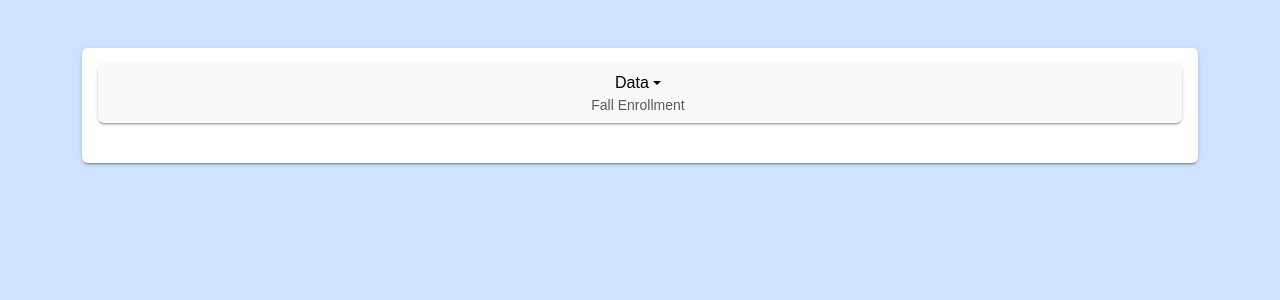
Repository: chancellor-w-whitaker/trying-context
Page: /
These files come from the project's save history. The page is drawn as it stood at one moment and after the next save; the edit follows.
The browser window is 1280 px wide. The pictures show the whole page.
The page's requests for data from a server got no answer. Some web fonts or font styles are not loaded; a fallback is used. The project was rebuilt for these pictures with package versions that can differ from the ones it lists, and the page was loaded fresh each time. No one was signed in, and anything a server would have sent is missing. Also part of the build but not shown: vite.config.js.

Above is the page before, as saved 2024-01-14 16:24:15.

### src/main.jsx
// Bootstrap Bundle JS
import "bootstrap/dist/js/bootstrap.bundle.min";
// Bootstrap CSS
import "bootstrap/dist/css/bootstrap.min.css";
import ReactDOM from "react-dom/client";
import React from "react";

import { AppContextProvider } from "./AppContextProvider.jsx";
import { Container } from "./components/Container.jsx";
import App from "./App.jsx";
import "./index.css";

ReactDOM.createRoot(document.getElementById("root")).render(
  <React.StrictMode>
    <Container>
      <AppContextProvider>
        <App />
      </AppContextProvider>
    </Container>
  </React.StrictMode>
);

### src/AppContextProvider.jsx
import { startTransition, useCallback, useState, useMemo } from "react";

import { comparePreviousColumnFilters } from "./functions/comparePreviousColumnFilters";
import { returnColsWithValuesAndType } from "./functions/returnColsWithValuesAndType";
import { buildRelevantColumnFilters } from "./functions/buildRelevantColumnFilters";
import { useBodyBgVariant } from "./hooks/useBodyBgVariant";
import { AppContext } from "./contexts/AppContext";
import { fileNames } from "./constants/fileNames";
import { useJSON } from "./hooks/useJSON";

export const AppContextProvider = ({ children }) => {
  const value = useProvideGlobally();

  return <AppContext.Provider value={value}>{children}</AppContext.Provider>;
};

const useProvideGlobally = () => {
  useBodyBgVariant("primary-subtle");

  const [fileName, setFileName] = useState(fileNames[0].id);
  const [columnFilters, setColumnFilters] = useState({});

  const onFileChange = useCallback(
    ({ target: { value } }) => startTransition(() => setFileName(value)),
    [setFileName]
  );

  const onColumnFilterChange = useCallback(
    ({ target: { name: field, value } }) =>
      startTransition(() =>
        setColumnFilters((previousState) => {
          // destructure top object (looks like { field1: {}, field2: {}, ... })
          const nextState = { ...previousState };
          // destructure field object (looks like { checklist: {}, relevant })
          nextState[field] = { ...nextState[field] };
          // destructure checklist (looks like { value1: {}, value2: {}, ... })
          nextState[field].checklist = { ...nextState[field].checklist };

          const { relevant, checked } = nextState[field].checklist[value];
          // create new object for value and flip checked state
          nextState[field].checklist[value] = { checked: !checked, relevant };

          return nextState;
        })
      ),
    []
  );

  const onBeforeEnd = useCallback((json, setResult) => {
    const columns = returnColsWithValuesAndType(json);

    setColumnFilters((previousColumnFilters) => {
      const relevantColumnFilters = buildRelevantColumnFilters(columns);

      comparePreviousColumnFilters(
        previousColumnFilters,
        relevantColumnFilters
      );

      return relevantColumnFilters;
    });

    // object that maps key (field) to checklist
    // checklist: { type, list }
    // field (string)
    // type (string) ("checkbox" or "radio")
    // list: [{}, {}, {}] (or what about an object that maps value to item state? that might solve indexing issues deriving from managing arrays in state)
    // list element: { value, checked, disabled (or relevant, or just something to describe relevance to dataset) }

    // in the future, may need something to describe relevance to filtered dataset
    // remember, this operation doesn't have to be run until you close (or maybe even open) a checklist
    // and what about sorting a list by relevance when opening a checklist? should this be a stateful or visual operation?
    // making it stateful would probably make updating the state of the item easier because the item's index in the list wouldn't change

    setResult(json);
  }, []);

  const data = useJSON(`data/${fileName}.json`, onBeforeEnd);

  const dropdownMenuStyle = useMemo(() => ({ maxHeight: 300 }), []);

  return {
    onColumnFilterChange,
    dropdownMenuStyle,
    columnFilters,
    onFileChange,
    fileName,
    data,
  };
};

### src/components/Container.jsx
export const Container = ({ children }) => {
  return (
    <>
      <main className="container">
        <div className="my-3 p-3 bg-body rounded shadow-sm">{children}</div>
      </main>
    </>
  );
};

### src/App.jsx
import {
  DropdownButton,
  ListGroupItem,
  DropdownMenu,
  ListGroup,
  Dropdown,
} from "./components/ListComps";
import { useAppContext } from "./hooks/useAppContext";
import { toTitleCase } from "./functions/toTitleCase";
import { fileNames } from "./constants/fileNames";
import "./App.css";

const App = () => {
  const {
    onColumnFilterChange,
    dropdownMenuStyle,
    columnFilters,
    onFileChange,
    fileName,
  } = useAppContext();

  return (
    <>
      <div className="d-flex flex-column gap-4">
        <div className="d-flex flex-wrap gap-3">
          <Dropdown className="col">
            <DropdownButton
              className="w-100 shadow-sm hide-dropdown-toggle d-flex align-items-center justify-content-center"
              data-bs-auto-close="outside"
              variant="light"
            >
              <span>
                <span className="dropdown-toggle d-flex align-items-center justify-content-center">
                  Data
                </span>
                <small className="d-block text-body-secondary">
                  {fileNames.find(({ id }) => id === fileName).displayName}
                </small>
              </span>
            </DropdownButton>
            <DropdownMenu
              className="shadow-sm overflow-y-scroll"
              style={dropdownMenuStyle}
            >
              <ListGroup className="list-group-flush">
                {fileNames.map(({ displayName, id }) => (
                  <ListGroupItem
                    checked={id === fileName}
                    onChange={onFileChange}
                    className="border-0"
                    type="radio"
                    name="file"
                    value={id}
                    key={id}
                  >
                    {displayName}
                  </ListGroupItem>
                ))}
              </ListGroup>
            </DropdownMenu>
          </Dropdown>
        </div>
        <div className="d-flex flex-wrap gap-3">
          {Object.entries(columnFilters).map(
            ([field, { relevant: fieldRelevance, checklist }]) =>
              fieldRelevance && (
                <Dropdown className="col" key={field}>
                  <DropdownButton
                    className="w-100 shadow-sm d-flex align-items-center justify-content-center"
                    data-bs-auto-close="outside"
                    variant="light"
                  >
                    {toTitleCase(field)}
                  </DropdownButton>
                  <DropdownMenu
                    className="shadow-sm overflow-y-scroll"
                    style={dropdownMenuStyle}
                  >
                    <ListGroup className="list-group-flush">
                      {Object.entries(checklist).map(
                        ([value, { relevant: valueRelevance, checked }]) => (
                          <ListGroupItem
                            className={`border-0${
                              !valueRelevance ? " opacity-50" : ""
                            }`}
                            onChange={onColumnFilterChange}
                            checked={checked}
                            type="checkbox"
                            value={value}
                            name={field}
                            key={value}
                          >
                            {value}
                          </ListGroupItem>
                        )
                      )}
                    </ListGroup>
                  </DropdownMenu>
                </Dropdown>
              )
          )}
        </div>
      </div>
    </>
  );
};

export default App;

### src/index.css
@font-face {
  font-family: poppins;
  font-style: normal;
  font-weight: 400;
  src: local("Poppins"),
    url(https://fonts.cdnfonts.com/s/16009/Poppins-Regular.woff) format("woff");
}
@font-face {
  font-family: poppins;
  font-style: normal;
  font-weight: 400;
  src: local("Poppins"),
    url(https://fonts.cdnfonts.com/s/16009/Poppins-Regular.woff) format("woff");
}
@font-face {
  font-family: poppins;
  font-style: italic;
  font-weight: 400;
  src: local("Poppins"),
    url(https://fonts.cdnfonts.com/s/16009/Poppins-Italic.woff) format("woff");
}
@font-face {
  font-family: poppins;
  font-style: italic;
  font-weight: 400;
  src: local("Poppins"),
    url(https://fonts.cdnfonts.com/s/16009/Poppins-Italic.woff) format("woff");
}
@font-face {
  font-family: poppins;
  font-style: normal;
  font-weight: 250;
  src: local("Poppins"),
    url(https://fonts.cdnfonts.com/s/16009/Poppins-Thin.woff) format("woff");
}
@font-face {
  font-family: poppins;
  font-style: normal;
  font-weight: 250;
  src: local("Poppins"),
    url(https://fonts.cdnfonts.com/s/16009/Poppins-Thin.woff) format("woff");
}
@font-face {
  font-family: poppins;
  font-style: italic;
  font-weight: 250;
  src: local("Poppins"),
    url(https://fonts.cdnfonts.com/s/16009/Poppins-ThinItalic.woff)
      format("woff");
}
@font-face {
  font-family: poppins;
  font-style: italic;
  font-weight: 250;
  src: local("Poppins"),
    url(https://fonts.cdnfonts.com/s/16009/Poppins-ThinItalic.woff)
      format("woff");
}
@font-face {
  font-family: poppins;
  font-style: normal;
  font-weight: 275;
  src: local("Poppins"),
    url(https://fonts.cdnfonts.com/s/16009/Poppins-ExtraLight.woff)
      format("woff");
}
@font-face {
  font-family: poppins;
  font-style: normal;
  font-weight: 275;
  src: local("Poppins"),
    url(https://fonts.cdnfonts.com/s/16009/Poppins-ExtraLight.woff)
      format("woff");
}
@font-face {
  font-family: poppins;
  font-style: italic;
  font-weight: 275;
  src: local("Poppins"),
    url(https://fonts.cdnfonts.com/s/16009/Poppins-ExtraLightItalic.woff)
      format("woff");
}
@font-face {
  font-family: poppins;
  font-style: italic;
  font-weight: 275;
  src: local("Poppins"),
    url(https://fonts.cdnfonts.com/s/16009/Poppins-ExtraLightItalic.woff)
      format("woff");
}
@font-face {
  font-family: poppins;
  font-style: normal;
  font-weight: 300;
  src: local("Poppins"),
    url(https://fonts.cdnfonts.com/s/16009/Poppins-Light.woff) format("woff");
}
@font-face {
  font-family: poppins;
  font-style: normal;
  font-weight: 300;
  src: local("Poppins"),
    url(https://fonts.cdnfonts.com/s/16009/Poppins-Light.woff) format("woff");
}
@font-face {
  font-family: poppins;
  font-style: italic;
  font-weight: 300;
  src: local("Poppins"),
    url(https://fonts.cdnfonts.com/s/16009/Poppins-LightItalic.woff)
      format("woff");
}
@font-face {
  font-family: poppins;
  font-style: italic;
  font-weight: 300;
  src: local("Poppins"),
    url(https://fonts.cdnfonts.com/s/16009/Poppins-LightItalic.woff)
      format("woff");
}
@font-face {
  font-family: poppins;
  font-style: normal;
  font-weight: 500;
  src: local("Poppins"),
    url(https://fonts.cdnfonts.com/s/16009/Poppins-Medium.woff) format("woff");
}
@font-face {
  font-family: poppins;
  font-style: normal;
  font-weight: 500;
  src: local("Poppins"),
    url(https://fonts.cdnfonts.com/s/16009/Poppins-Medium.woff) format("woff");
}
@font-face {
  font-family: poppins;
  font-style: italic;
  font-weight: 500;
  src: local("Poppins"),
    url(https://fonts.cdnfonts.com/s/16009/Poppins-MediumItalic.woff)
      format("woff");
}
@font-face {
  font-family: poppins;
  font-style: italic;
  font-weight: 500;
  src: local("Poppins"),
    url(https://fonts.cdnfonts.com/s/16009/Poppins-MediumItalic.woff)
      format("woff");
}
@font-face {
  font-family: poppins;
  font-style: normal;
  font-weight: 600;
  src: local("Poppins"),
    url(https://fonts.cdnfonts.com/s/16009/Poppins-SemiBold.woff) format("woff");
}
@font-face {
  font-family: poppins;
  font-style: normal;
  font-weight: 600;
  src: local("Poppins"),
    url(https://fonts.cdnfonts.com/s/16009/Poppins-SemiBold.woff) format("woff");
}
@font-face {
  font-family: poppins;
  font-style: italic;
  font-weight: 600;
  src: local("Poppins"),
    url(https://fonts.cdnfonts.com/s/16009/Poppins-SemiBoldItalic.woff)
      format("woff");
}
@font-face {
  font-family: poppins;
  font-style: italic;
  font-weight: 600;
  src: local("Poppins"),
    url(https://fonts.cdnfonts.com/s/16009/Poppins-SemiBoldItalic.woff)
      format("woff");
}
@font-face {
  font-family: poppins;
  font-style: normal;
  font-weight: 700;
  src: local("Poppins"),
    url(https://fonts.cdnfonts.com/s/16009/Poppins-Bold.woff) format("woff");
}
@font-face {
  font-family: poppins;
  font-style: normal;
  font-weight: 700;
  src: local("Poppins"),
    url(https://fonts.cdnfonts.com/s/16009/Poppins-Bold.woff) format("woff");
}
@font-face {
  font-family: poppins;
  font-style: italic;
  font-weight: 700;
  src: local("Poppins"),
    url(https://fonts.cdnfonts.com/s/16009/Poppins-BoldItalic.woff)
      format("woff");
}
@font-face {
  font-family: poppins;
  font-style: italic;
  font-weight: 700;
  src: local("Poppins"),
    url(https://fonts.cdnfonts.com/s/16009/Poppins-BoldItalic.woff)
      format("woff");
}
@font-face {
  font-family: poppins;
  font-style: normal;
  font-weight: 800;
  src: local("Poppins"),
    url(https://fonts.cdnfonts.com/s/16009/Poppins-ExtraBold.woff)
      format("woff");
}
@font-face {
  font-family: poppins;
  font-style: normal;
  font-weight: 800;
  src: local("Poppins"),
    url(https://fonts.cdnfonts.com/s/16009/Poppins-ExtraBold.woff)
      format("woff");
}
@font-face {
  font-family: poppins;
  font-style: italic;
  font-weight: 800;
  src: local("Poppins"),
    url(https://fonts.cdnfonts.com/s/16009/Poppins-ExtraBoldItalic.woff)
      format("woff");
}
@font-face {
  font-family: poppins;
  font-style: italic;
  font-weight: 800;
  src: local("Poppins"),
    url(https://fonts.cdnfonts.com/s/16009/Poppins-ExtraBoldItalic.woff)
      format("woff");
}
@font-face {
  font-family: poppins;
  font-style: normal;
  font-weight: 900;
  src: local("Poppins"),
    url(https://fonts.cdnfonts.com/s/16009/Poppins-Black.woff) format("woff");
}
@font-face {
  font-family: poppins;
  font-style: normal;
  font-weight: 900;
  src: local("Poppins"),
    url(https://fonts.cdnfonts.com/s/16009/Poppins-Black.woff) format("woff");
}
@font-face {
  font-family: poppins;
  font-style: italic;
  font-weight: 900;
  src: local("Poppins"),
    url(https://fonts.cdnfonts.com/s/16009/Poppins-BlackItalic.woff)
      format("woff");
}
@font-face {
  font-family: poppins;
  font-style: italic;
  font-weight: 900;
  src: local("Poppins"),
    url(https://fonts.cdnfonts.com/s/16009/Poppins-BlackItalic.woff)
      format("woff");
}

:root,
[data-bs-theme="light"] {
  --bs-font-sans-serif: "Poppins", sans-serif;

  --bs-box-shadow: 0px 3px 3px -2px rgba(0, 0, 0, 0.2),
    0px 3px 4px 0px rgba(0, 0, 0, 0.14), 0px 1px 8px 0px rgba(0, 0, 0, 0.12);
  --bs-box-shadow-sm: 0px 3px 1px -2px rgba(0, 0, 0, 0.2),
    0px 2px 2px 0px rgba(0, 0, 0, 0.14), 0px 1px 5px 0px rgba(0, 0, 0, 0.12);
  --bs-box-shadow-lg: 0px 2px 4px -1px rgba(0, 0, 0, 0.2),
    0px 4px 5px 0px rgba(0, 0, 0, 0.14), 0px 1px 10px 0px rgba(0, 0, 0, 0.12);
}

body {
  overflow-y: scroll;
}

.hide-dropdown-toggle::after {
  border: none;
}

### src/functions/comparePreviousColumnFilters.js
export const comparePreviousColumnFilters = (previousState, nextState) => {
  Object.entries(previousState).forEach(([field, { checklist }]) => {
    if (!(field in nextState)) {
      nextState[field] = {
        checklist: Object.fromEntries(
          Object.entries(checklist).map(([value, { checked }]) => [
            value,
            { relevant: false, checked },
          ])
        ),
        relevant: false,
      };
    } else {
      Object.entries(checklist).forEach(([value, { checked }]) => {
        const nextChecklist = nextState[field].checklist;

        if (value in nextChecklist) {
          nextChecklist[value].checked = checked;
        } else {
          nextChecklist[value] = { relevant: false, checked };
        }
      });
    }
  });
};

### src/functions/returnColsWithValuesAndType.js
const loopDataAndDeriveColProperties = (data) => {
  const fieldToColumn = {};

  data.forEach((row) => {
    Object.keys(row).forEach((field) => {
      if (!(field in fieldToColumn)) {
        fieldToColumn[field] = { values: new Set(), types: {} };
      }

      const { values, types } = fieldToColumn[field];

      const value = row[field];
      values.add(value);

      const type = typeof value;
      if (!(type in types)) types[type] = 0;
      types[type] += 1;
    });
  });

  return fieldToColumn;
};

export const returnColsWithValuesAndType = (data) => {
  const fieldToColumn = loopDataAndDeriveColProperties(data);

  return Object.entries(fieldToColumn).map(([field, { values, types }]) => ({
    type: Object.entries(types)
      .sort((arrA, arrB) => arrB[1] - arrA[1])
      .find(([type]) => type === "string" || type === "number")[0],
    values: [...values].sort(),
    field,
  }));
};

### src/functions/buildRelevantColumnFilters.js
export const buildRelevantColumnFilters = (columns) => {
  return Object.fromEntries(
    columns
      .filter(({ type }) => type === "string")
      .map(({ values, field }) => [
        field,
        {
          checklist: Object.fromEntries(
            values.map((value) => [value, { relevant: true, checked: true }])
          ),
          relevant: true,
        },
      ])
  );
};

### src/hooks/useBodyBgVariant.jsx
import { useEffect } from "react";

export const useBodyBgVariant = (variant) => {
  useEffect(() => {
    document.body.classList.add(`bg-${variant}`);

    return () => {
      document.body.classList.remove(`bg-${variant}`);
    };
  }, [variant]);
};

### src/constants/fileNames.js
export const fileNames = [
  { displayName: "Fall Enrollment", id: "fall" },
  { displayName: "Spring Enrollment", id: "spring" },
  { displayName: "Summer Enrollment", id: "summer" },
  { displayName: "Degrees Awarded", id: "degrees" },
  { displayName: "Retention Rates", id: "retention" },
  { displayName: "Graduation Rates", id: "graduation" },
  { displayName: "Credit Hours", id: "hours" },
];

### src/hooks/useJSON.jsx
import { useEffect } from "react";
import { useState } from "react";

export const useJSON = (url, onBeforeEnd) => {
  const [result, setResult] = useState(null);

  useEffect(() => {
    if (url) {
      let ignore = false;

      fetch(url)
        .then((response) => response.json())
        .then((json) => {
          if (!ignore) {
            typeof onBeforeEnd === "function"
              ? onBeforeEnd(json, setResult)
              : setResult(json);
          }
        });

      return () => {
        ignore = true;
      };
    }
  }, [url, onBeforeEnd]);

  return result;
};

### src/components/ListComps.jsx
import { memo } from "react";

export const Dropdown = ({ className = "", ...rest }) => {
  return (
    <>
      <div className={`dropdown ${className}`.trimEnd()} {...rest}></div>
    </>
  );
};

export const DropdownButton = memo(
  ({ variant = "secondary", className = "", ...rest }) => {
    return (
      <>
        <button
          className={`btn btn-${variant} dropdown-toggle ${className}`.trimEnd()}
          {...rest}
          data-bs-toggle="dropdown"
          aria-expanded="false"
          type="button"
        ></button>
      </>
    );
  }
);

DropdownButton.displayName = "DropdownButton";

export const DropdownMenu = ({ className = "", ...rest }) => {
  return (
    <>
      <ul className={`dropdown-menu ${className}`.trimEnd()} {...rest}></ul>
    </>
  );
};

export const ListGroup = ({ className = "", ...rest }) => {
  return (
    <>
      <div className={`list-group ${className}`.trimEnd()} {...rest}></div>
    </>
  );
};

export const ListGroupItem = memo(
  ({
    type = "checkbox",
    className = "",
    onChange,
    children,
    checked,
    value,
    name,
  }) => {
    return (
      <>
        <label
          className={`list-group-item d-flex gap-2 ${className}`.trimEnd()}
        >
          <input
            className="form-check-input flex-shrink-0"
            {...{ onChange, checked, value, type, name }}
          />
          <span>{children}</span>
        </label>
      </>
    );
  }
);

ListGroupItem.displayName = "ListGroupItem";

### src/hooks/useAppContext.jsx
import { useContext } from "react";

import { AppContext } from "../contexts/AppContext";

export const useAppContext = () => useContext(AppContext);

### src/functions/toTitleCase.js
import { Str } from "@supercharge/strings";

export const toTitleCase = (string) => Str(string).pascal().words().join(" ");

Loaded but not shown: index.html (common file); src/contexts/AppContext.jsx (common file); src/App.css (common file)

After the next save:
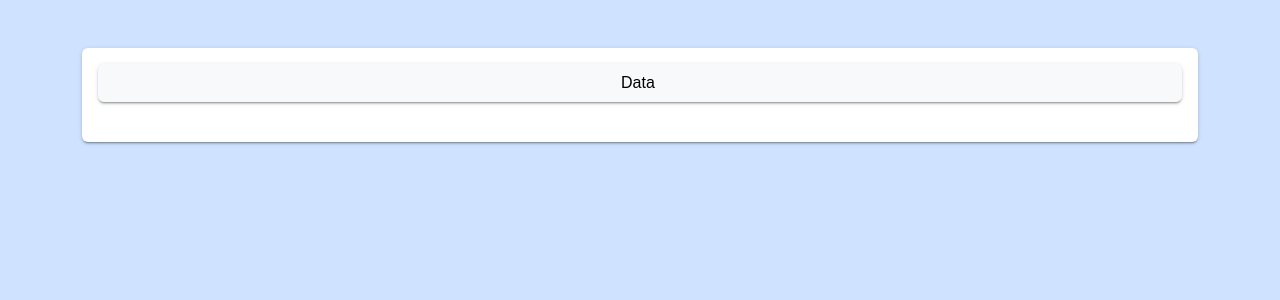
Saved 32 s later.
--- a/src/App.jsx
+++ b/src/App.jsx
@@ -29,14 +29,15 @@ const App = () => {
               data-bs-auto-close="outside"
               variant="light"
             >
-              <span>
+              Data
+              {/* <span>
                 <span className="dropdown-toggle d-flex align-items-center justify-content-center">
                   Data
                 </span>
                 <small className="d-block text-body-secondary">
                   {fileNames.find(({ id }) => id === fileName).displayName}
                 </small>
-              </span>
+              </span> */}
             </DropdownButton>
             <DropdownMenu
               className="shadow-sm overflow-y-scroll"
